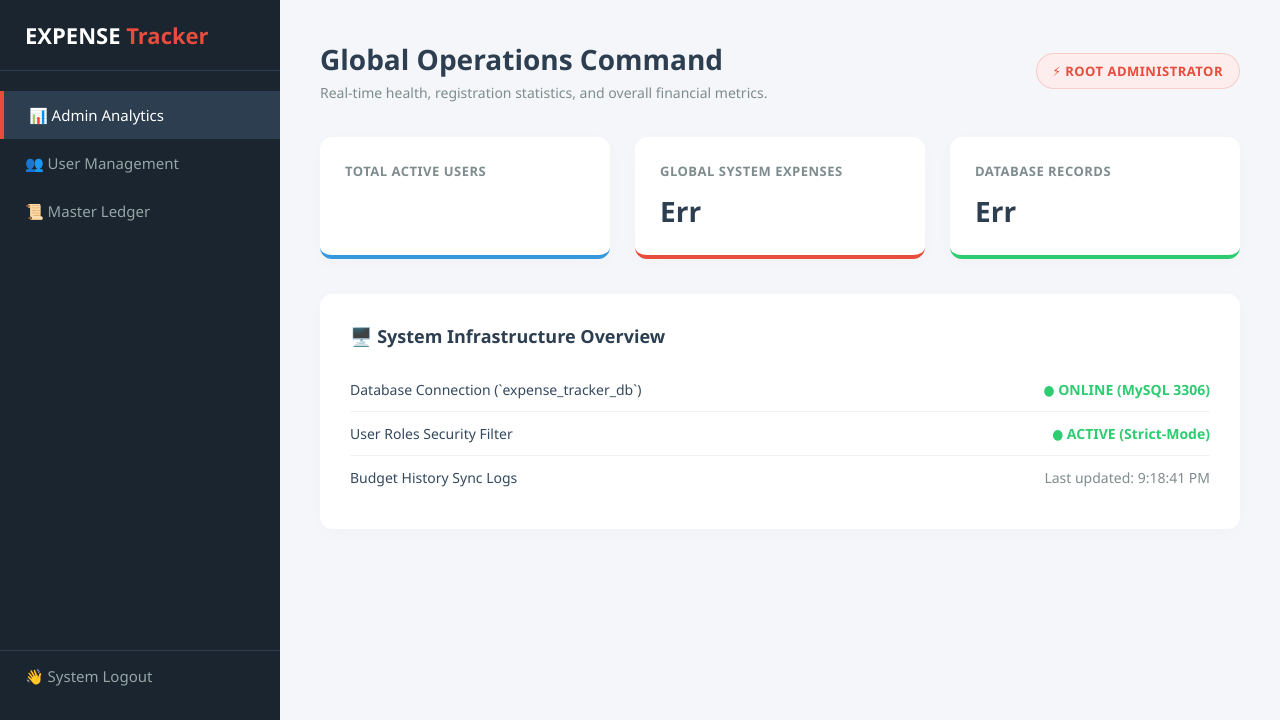
Repository: shambhavi4823/EXPENSE_TRACKER
Page: expense_frontend/admin_dashboard.html
An editor plug-in stored every save of this project. The page is shown before and after the next save, followed by the edit.
The browser window is 1280 px wide. The pictures show the whole page.

Above is the page before, as saved 2026-07-21 23:40:04.

### expense_frontend/admin_dashboard.html
<!DOCTYPE html>
<html lang="en">

<head>
    <meta charset="UTF-8">
    <meta name="viewport" content="width=device-width, initial-scale=1.0">
    <title>ExpenseTracker - Admin Dashboard</title>
    <style>
        /* --- Reset & Base Styles --- */

        * {
            margin: 0;
            padding: 0;
            box-sizing: border-box;
            font-family: 'Segoe UI', Tahoma, Geneva, Verdana, sans-serif;
        }

        body {
            background-color: #f4f6f9;
            display: flex;
            min-height: 100vh;
        }
        /* --- Admin Sidebar Navigation (Dark Theme) --- */

        .sidebar {
            width: 280px;
            background-color: #1a252f;
            color: white;
            display: flex;
            flex-direction: column;
            padding: 20px 0;
            position: fixed;
            height: 100vh;
        }

        .sidebar .logo {
            font-size: 22px;
            font-weight: bold;
            padding: 0 25px 20px 25px;
            border-bottom: 1px solid #2c3e50;
            margin-bottom: 20px;
        }

        .sidebar .logo span {
            color: #e74c3c;
        }

        .sidebar a {
            color: #95a5a6;
            text-decoration: none;
            padding: 14px 25px;
            display: block;
            font-size: 15px;
            font-weight: 500;
            transition: all 0.3s ease;
        }

        .sidebar a:hover,
        .sidebar a.active {
            color: white;
            background-color: #2c3e50;
            border-left: 4px solid #e74c3c;
        }

        .sidebar .logout {
            margin-top: auto;
            border-top: 1px solid #2c3e50;
            padding-top: 15px;
            cursor: pointer;
        }
        /* --- Main Content Area --- */

        .main-content {
            margin-left: 280px;
            flex: 1;
            padding: 40px;
        }

        .header {
            display: flex;
            justify-content: space-between;
            align-items: center;
            margin-bottom: 35px;
        }

        .header h1 {
            color: #2c3e50;
            font-size: 28px;
        }

        .header .admin-badge {
            background-color: #fdedec;
            color: #e74c3c;
            padding: 8px 16px;
            border-radius: 20px;
            font-weight: 700;
            font-size: 13px;
            text-transform: uppercase;
            letter-spacing: 0.5px;
            border: 1px solid rgba(231, 76, 60, 0.2);
        }
        /* --- Admin KPI Cards Grid --- */

        .admin-cards {
            display: grid;
            grid-template-columns: repeat(auto-fit, minmax(240px, 1fr));
            gap: 25px;
            margin-bottom: 35px;
        }

        .card {
            background-color: white;
            padding: 25px;
            border-radius: 12px;
            box-shadow: 0 4px 20px rgba(0, 0, 0, 0.02);
            border-bottom: 4px solid #bdc3c7;
        }

        .card.users-card {
            border-bottom-color: #3498db;
        }

        .card.expense-card {
            border-bottom-color: #e74c3c;
        }

        .card.system-card {
            border-bottom-color: #2ecc71;
        }

        .card .card-title {
            color: #7f8c8d;
            font-size: 13px;
            font-weight: 600;
            text-transform: uppercase;
            letter-spacing: 0.5px;
            margin-bottom: 12px;
            display: block;
        }

        .card .card-value {
            font-size: 28px;
            font-weight: 700;
            color: #2c3e50;
            display: block;
        }
        /* --- System Info Section --- */

        .system-status-box {
            background-color: white;
            padding: 30px;
            border-radius: 12px;
            box-shadow: 0 4px 20px rgba(0, 0, 0, 0.02);
        }

        .system-status-box h3 {
            color: #2c3e50;
            font-size: 18px;
            margin-bottom: 20px;
        }

        .log-item {
            display: flex;
            justify-content: space-between;
            padding: 12px 0;
            border-bottom: 1px solid #f1f2f6;
            font-size: 14px;
            color: #34495e;
        }

        .log-item:last-child {
            border-bottom: none;
        }

        .status-ok {
            color: #2ecc71;
            font-weight: 600;
        }
    </style>
</head>

<body>

    <div class="sidebar">
        <div class="logo">EXPENSE <span>Tracker</span></div>
        <a href="admin_dashboard.html" class="active">📊 Admin Analytics</a>
        <a href="user_management.html">👥 User Management</a>
        <a href="master_ledger.html">📜 Master Ledger</a>
        <a href="#" id="logoutBtn" class="logout">👋 System Logout</a>
    </div>

    <div class="main-content">

        <div class="header">
            <div>
                <h1>Global Operations Command</h1>
                <p style="color: #7f8c8d; font-size: 14px; margin-top: 5px;">Real-time health, registration statistics, and overall financial metrics.</p>
            </div>
            <div class="admin-badge">⚡ Root Administrator</div>
        </div>

        <div class="admin-cards">
            <div class="card users-card">
                <span class="card-title">Total Active Users</span>
                <span class="card-value" id="totalUsers">Loading...</span>
            </div>
            <div class="card expense-card">
                <span class="card-title">Global System Expenses</span>
                <span class="card-value" id="globalExpenses">Loading...</span>
            </div>
            <div class="card system-card">
                <span class="card-title">Database Records</span>
                <span class="card-value" id="totalQueries">Loading...</span>
            </div>
        </div>

        <div class="system-status-box">
            <h3>🖥️ System Infrastructure Overview</h3>
            <div class="log-item">
                <span>Database Connection (`expense_tracker_db`)</span>
                <span class="status-ok">● ONLINE (MySQL 3306)</span>
            </div>
            <div class="log-item">
                <span>User Roles Security Filter</span>
                <span class="status-ok">● ACTIVE (Strict-Mode)</span>
            </div>
            <div class="log-item">
                <span>Budget History Sync Logs</span>
                <span style="color: #7f8c8d;" id="lastSyncTime">Last updated: Just now</span>
            </div>
        </div>

    </div>

    <script>
        // Session Verification
        const userId = localStorage.getItem("userId");
        const role = localStorage.getItem("role");

        // if (!userId || role !== "admin") {
        //     alert("⚠️ Session expired or Unauthorized access! Redirecting to login...");
        //     window.location.href = "index.html";
        // }

        // Logout Event Listener
        document.getElementById("logoutBtn").addEventListener("click", (e) => {
            e.preventDefault();
            localStorage.clear();
            window.location.href = "index.html";
        });

        // Fetch Live Database Analytics from Backend Engine
        async function fetchAdminDashboardData() {
            try {
                const response = await fetch('http://localhost:8080/api/admin-analytics', {
                    method: 'GET'
                });

                if (!response.ok) {
                    throw new Error(`HTTP error! status: ${response.status}`);
                }

                const data = await response.json();
                console.log("Analytics Data Received:", data);

                if (data.status === "success") {
                    document.getElementById("totalUsers").innerText = data.totalUsers;
                    document.getElementById("globalExpenses").innerText = `₹${parseFloat(data.globalExpenses || 0).toFixed(2)}`;
                    document.getElementById("totalQueries").innerText = data.totalQueries;
                } else {
                    console.error("❌ Analytics fetch returned error status.");
                }
            } catch (err) {
                console.error("❌ Backend sync failure:", err);
                document.getElementById("totalUsers").innerText = "";
                document.getElementById("globalExpenses").innerText = "Err";
                document.getElementById("totalQueries").innerText = "Err";
            }

            const now = new Date();
            document.getElementById("lastSyncTime").innerText = "Last updated: " + now.toLocaleTimeString();
        }

        window.onload = fetchAdminDashboardData;
    </script>

</body>

</html>

After the next save:
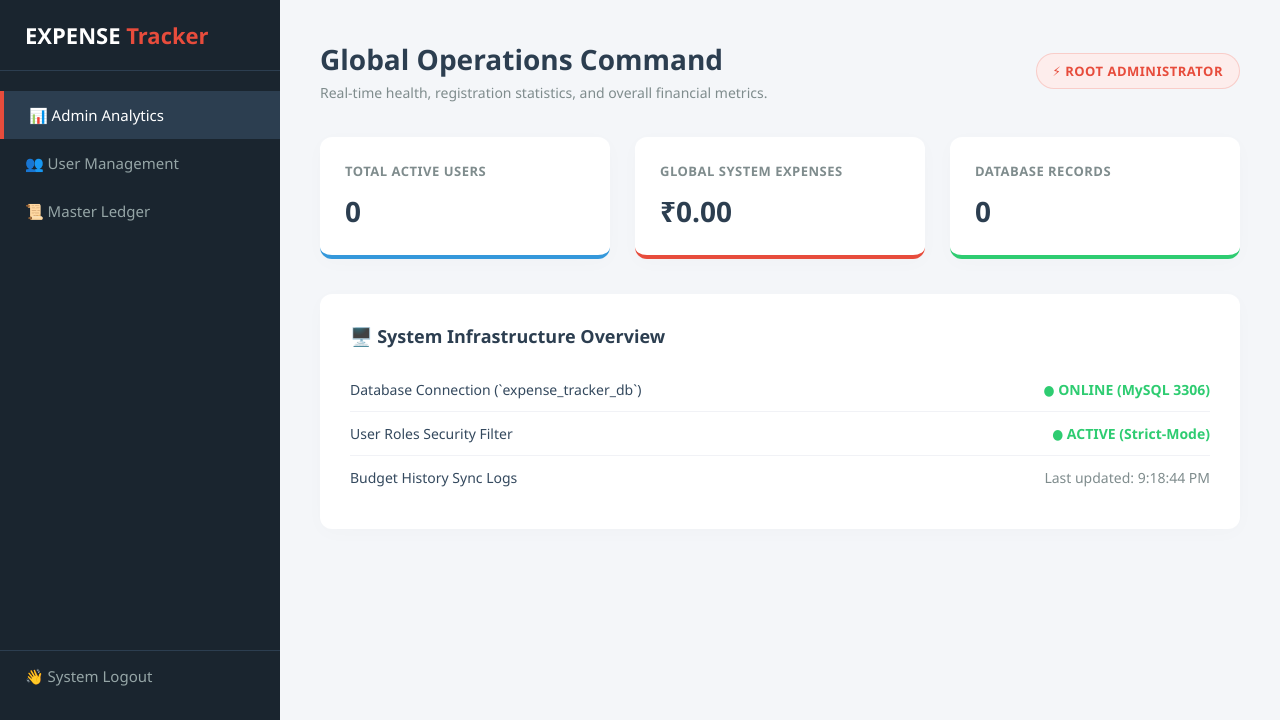
Saved 3 min 17 s later.
--- a/expense_frontend/admin_dashboard.html
+++ b/expense_frontend/admin_dashboard.html
@@ -257,31 +257,35 @@
                 });
 
                 if (!response.ok) {
-                    throw new Error(`HTTP error! status: ${response.status}`);
+                    throw new Error(`HTTP Error Status: ${response.status}`);
                 }
 
                 const data = await response.json();
-                console.log("Analytics Data Received:", data);
+                console.log("Real-time Analytics Data:", data);
 
                 if (data.status === "success") {
                     document.getElementById("totalUsers").innerText = data.totalUsers;
                     document.getElementById("globalExpenses").innerText = `₹${parseFloat(data.globalExpenses || 0).toFixed(2)}`;
                     document.getElementById("totalQueries").innerText = data.totalQueries;
-                } else {
-                    console.error("❌ Analytics fetch returned error status.");
                 }
             } catch (err) {
                 console.error("❌ Backend sync failure:", err);
-                document.getElementById("totalUsers").innerText = "";
-                document.getElementById("globalExpenses").innerText = "Err";
-                document.getElementById("totalQueries").innerText = "Err";
+                // Display fallback zeros instead of "Err" if backend isn't reachable
+                document.getElementById("totalUsers").innerText = "0";
+                document.getElementById("globalExpenses").innerText = "₹0.00";
+                document.getElementById("totalQueries").innerText = "0";
             }
 
             const now = new Date();
             document.getElementById("lastSyncTime").innerText = "Last updated: " + now.toLocaleTimeString();
         }
 
-        window.onload = fetchAdminDashboardData;
+        // Initial Load
+        window.onload = () => {
+            fetchAdminDashboardData();
+            // Real-Time Auto Refresh Every 3 Seconds
+            setInterval(fetchAdminDashboardData, 3000);
+        };
     </script>
 
 </body>
